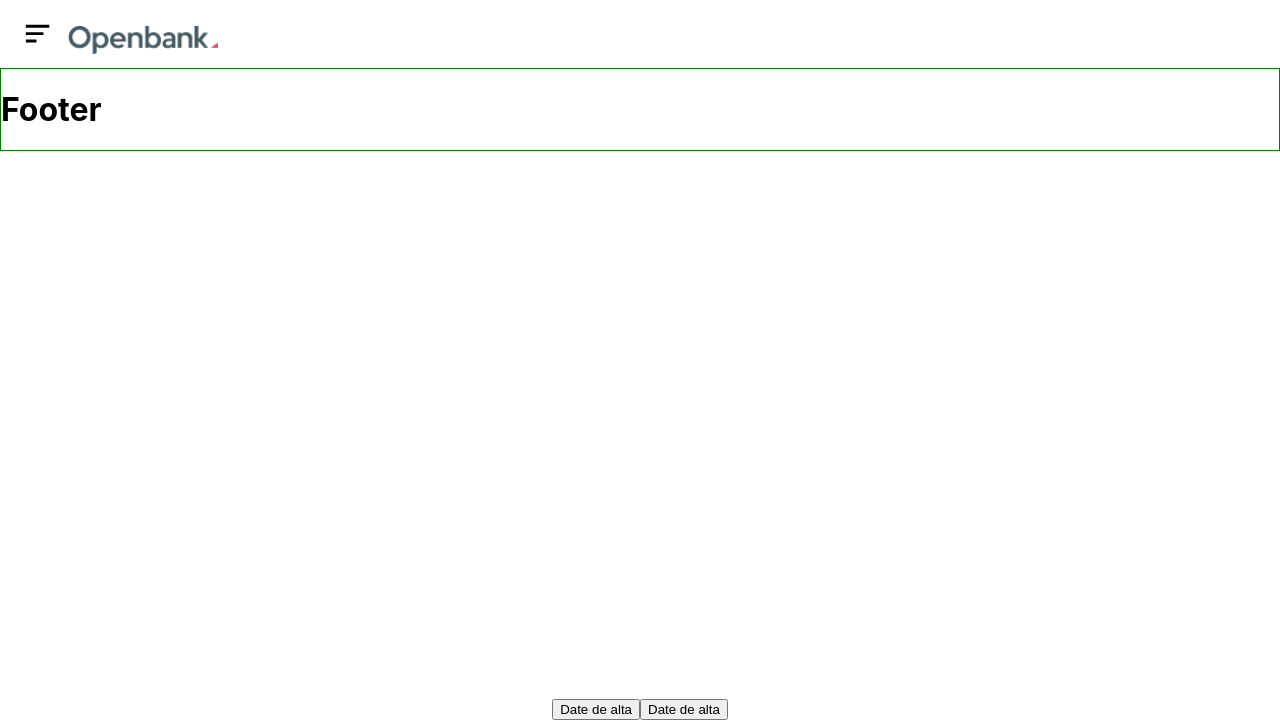
Repository: banchiec/atopenbank
Page: /
An editor plug-in stored every save of this project. The page is shown before and after the next save, followed by the edit.
The browser window is 1280 px wide. The pictures show the whole page.
The project was rebuilt for these pictures with package versions that can differ from the ones it lists, and the page was loaded fresh each time. Also part of the build but not shown: src/App.css.

Above is the page before, as saved 2022-09-21 17:57:00.

### src/index.js
import React from 'react'
import ReactDOM from 'react-dom/client'
import './index.css'
import App from './App'
import reportWebVitals from './reportWebVitals'
import { I18nextProvider } from 'react-i18next'
import i18next from 'i18next'

import global_es from './locale/es/global.json'
import global_en from './locale/en/global.json'

i18next.init({
	interpolation: { escapeValue: false },
})

const root = ReactDOM.createRoot(document.getElementById('root'))
root.render(
	<React.StrictMode>
		<I18nextProvider i18n={i18next}>
			<App />
		</I18nextProvider>
	</React.StrictMode>
)

// If you want to start measuring performance in your app, pass a function
// to log results (for example: reportWebVitals(console.log))
// or send to an analytics endpoint. Learn more: https://bit.ly/CRA-vitals
reportWebVitals()

### src/App.js
import { BrowserRouter as Router, Routes, Route } from 'react-router-dom'
import * as path from './utils/paths'
import Header from './components/Header/Header'

import './App.css'
import HomeScreen from './screen/HomeScreen/HomeScreen'

function App() {
	return (
		<Router>
			<Header />
			<Routes>
				<Route path={path.HOMEPAGE} element={<HomeScreen />} />
			</Routes>
		</Router>
	)
}

export default App

### src/locale/es/global.json
{
	"header": {
		"hello-world": "Hola mundo"
	}
}

### src/locale/en/global.json
{
	"header": {
		"hello-world": "Hello world"
	}
}

### src/utils/paths.js
export const HOMEPAGE = '/'
export const LOGINPAGE = '/login'

### src/components/Header/Header.js
import { Link } from 'react-router-dom'
import * as path from '../../utils/paths'
import { BiLogIn, BiMenuAltLeft } from 'react-icons/bi'
import { Navbar, NavbarLogo, NavbarMenuMobile, NavbarRegister } from './headerStyled'

import OpenbankLogo from '../../assets/img/logo_openbank.png'

const Header = () => {
	return (
		<Navbar>
			<NavbarLogo>
				<BiMenuAltLeft />
				<Link to={path.HOMEPAGE}>
					<img src={OpenbankLogo} alt={'openbank-logo'} />
				</Link>
			</NavbarLogo>
			<NavbarMenuMobile>
				<BiLogIn />
			</NavbarMenuMobile>
			<NavbarRegister>
				<button>Date de alta</button>
				<button>Date de alta</button>
			</NavbarRegister>
		</Navbar>
	)
}
export default Header

### src/screen/HomeScreen/HomeScreen.js
import Footer from "../../components/Footer/Footer"

const HomeScreen = () => {
	return (
		<>
			<Footer/>
		</>
	)
}
export default HomeScreen

### src/components/Header/headerStyled.js
import styled from 'styled-components'

export const Navbar = styled.header`
	display: flex;
	justify-content: space-between;
	align-items: center;
	background: #0000;
	padding: 10px 15px;
	@media (min-width: 768px) {
		div {
			/* p {
					position: absolute;
				margin: 0;
				color: #000;
				font-weight: 600;
				text-align: center;
				font-size: 14px;
				margin-top: -10px;
				margin-left: 10px;
				z-index: 2;
			} */
		}
	}
`

export const NavbarLogo = styled.div`
	display: flex;
	flex-direction: row;
	align-items: center;
	justify-content: center;
	a {
		text-decoration: none;
		color: #ffff;
		font-weight: 500;
	}
	svg {
		font-size: 2.2rem;
		padding: 0 5px;
	}
	img {
		padding-top: 1em;
		width: 105px;
	}
	@media (min-width: 768px) {
		img {
			padding-left: 0.5em;
			width: 150px;
		}
	}
`
export const NavbarMenuMobile = styled.div`
	display: flex;
	flex-direction: row;
	align-items: center;
	justify-content: center;
	svg {
		font-size: 1.4em;
	}
	@media (min-width: 768px) {
		display: none;
	}
`
export const NavbarRegister = styled.div`
	position: fixed;
	left: 0;
	width: 100%;
	bottom: 0;
	text-align: center;
	background: ;
	/* flex-direction: column; */
	/* align-items: center; */
	/* justify-content: center; */
`

### src/components/Footer/Footer.js
import { Container } from './footerStyled'
const Footer = () => {
	return (
		<Container>
			<h1>Footer</h1>
		</Container>
	)
}
export default Footer

### src/components/Footer/footerStyled.js
import styled from 'styled-components'

export const Container = styled.div`
	border: 1px solid green;
`

Loaded but not shown: public/index.html (common file); src/index.css (common file); src/reportWebVitals.js (common file)

After the next save:
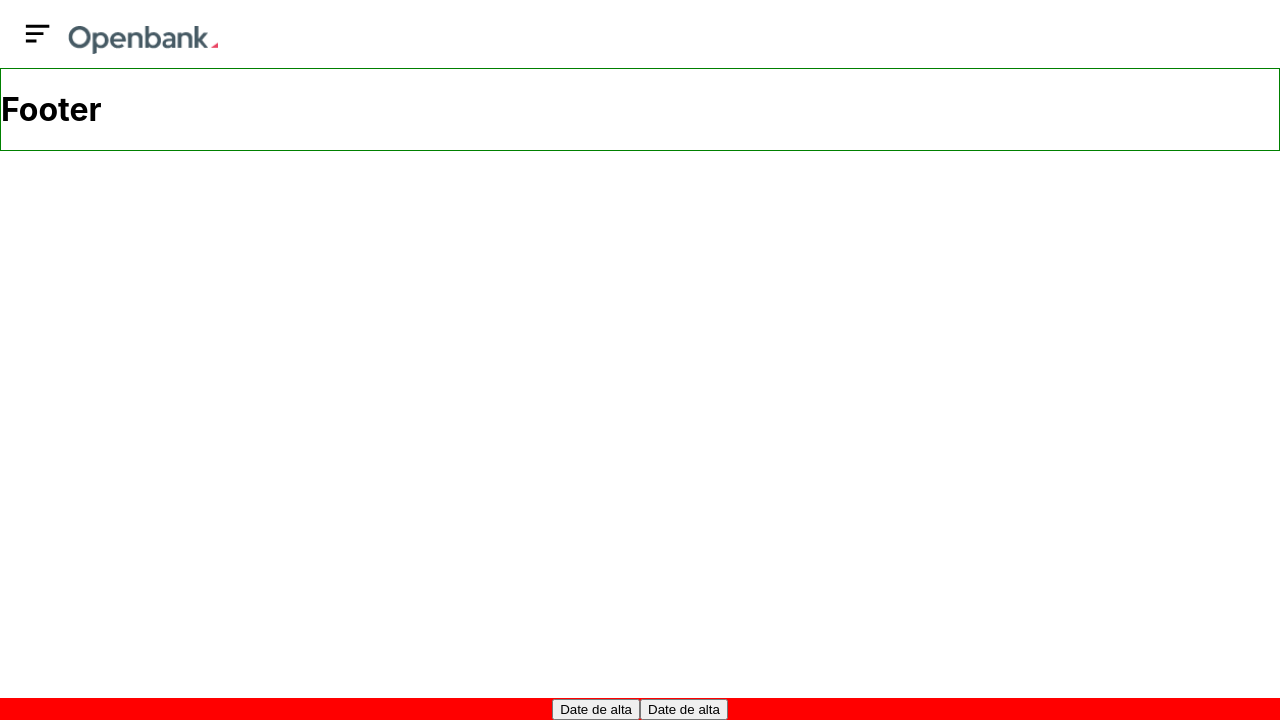
Saved 6 s later.
--- a/src/components/Header/headerStyled.js
+++ b/src/components/Header/headerStyled.js
@@ -66,7 +66,7 @@
 	width: 100%;
 	bottom: 0;
 	text-align: center;
-	background: ;
+	background-color: red;
 	/* flex-direction: column; */
 	/* align-items: center; */
 	/* justify-content: center; */
